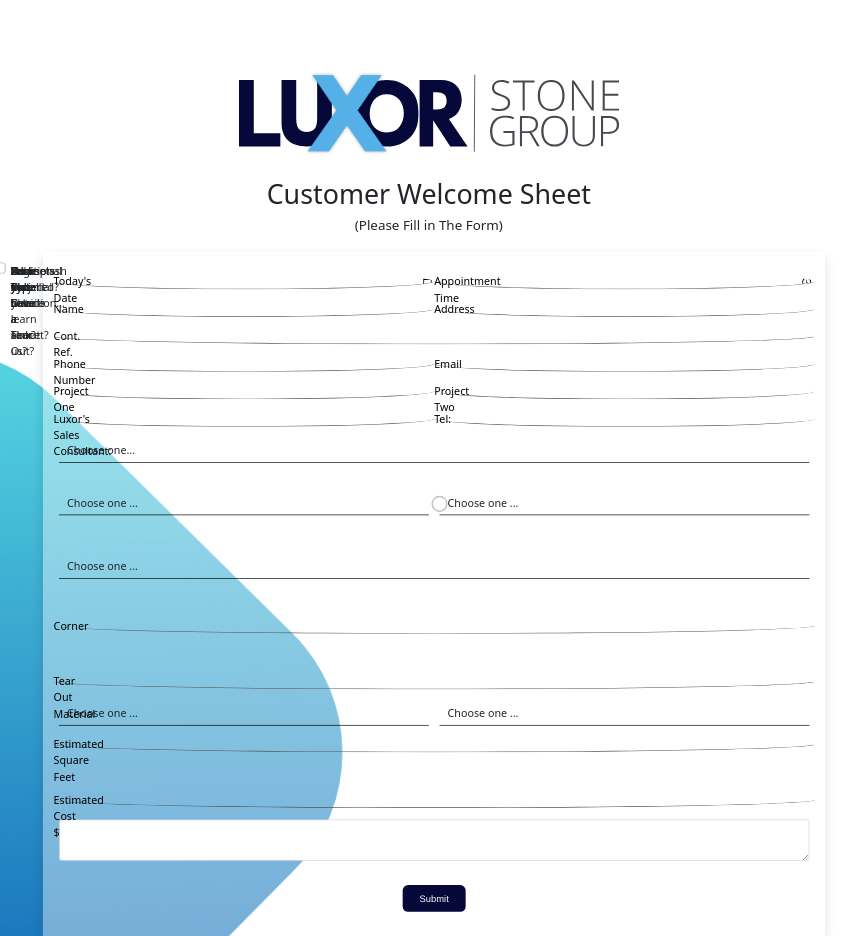
Repository: aya7abbal/Luxor-Customer-Form
Page: index.html
These files come from the project's save history. The page is drawn as it stood at one moment and after the next save; the edit follows.
The browser window is 1280 px wide. The pictures show the whole page, at 67% of full size.
The style sheet was rebuilt from its Sass, Less or Tailwind sources for each picture, by a compiler version that may differ from the author's.

Above is the page before, as saved 2023-10-21 18:07:17.

After the next save:
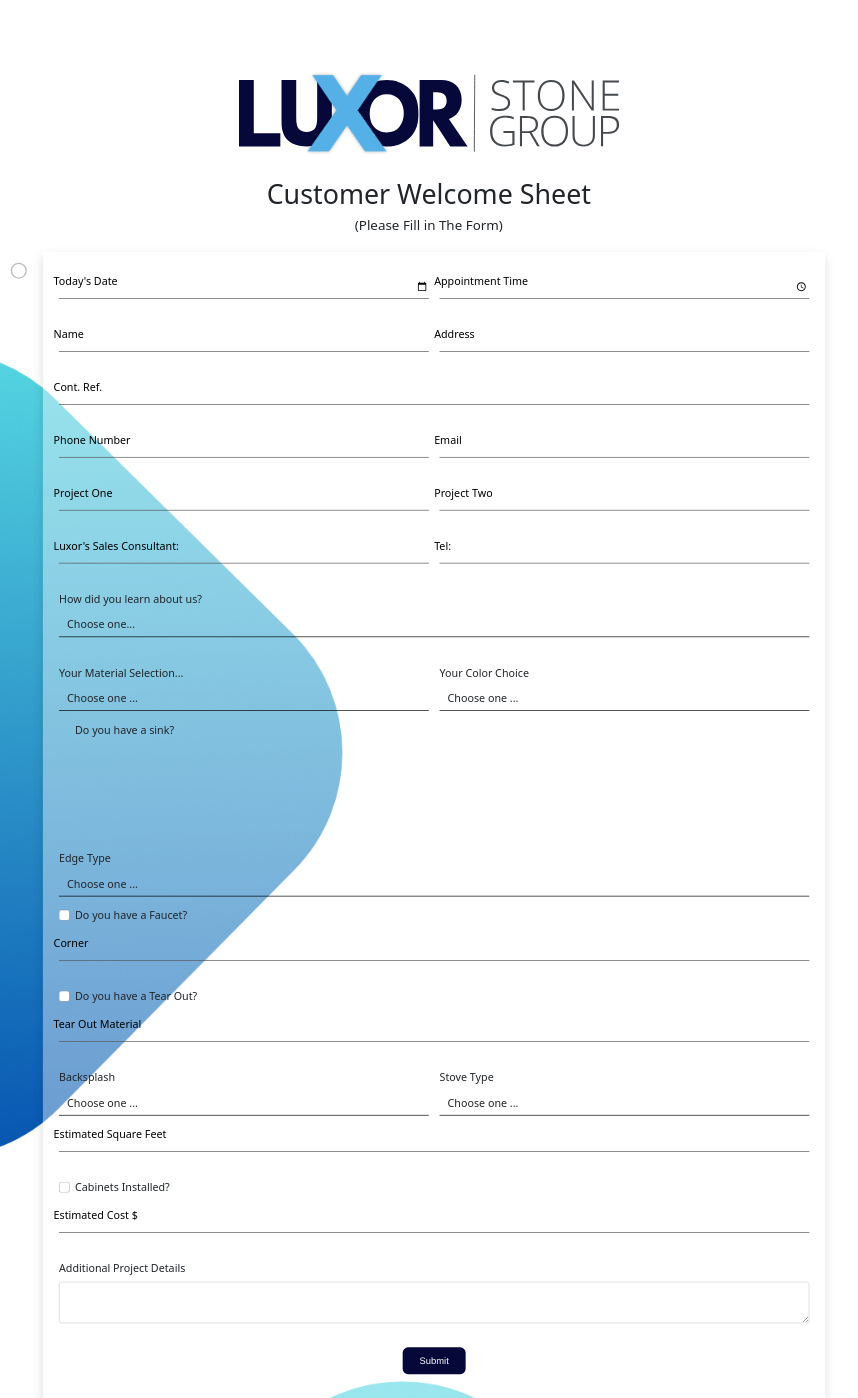
Saved 46 s later.
--- a/Styles/styles.scss
+++ b/Styles/styles.scss
@@ -46,7 +46,8 @@
 }
 
 // check box
-$primary:#4C95F7;
+.cbx{
+  $primary:#4C95F7;
 
 *{
   box-sizing: border-box;}
@@ -127,6 +128,7 @@
 
 
 
+}
 // Submit Button
 /* CSS */
 .button-1 {
